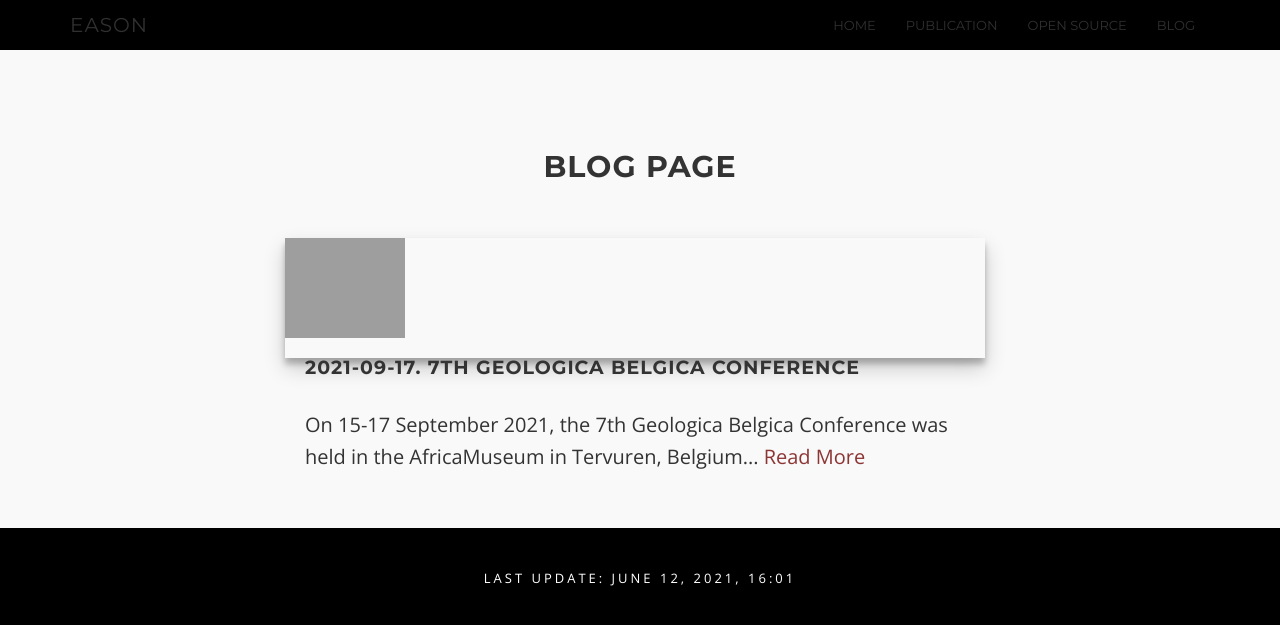
Repository: eazzzon/eazzzon.github.io
Page: blog.html
These files come from the project's save history. The page is drawn as it stood at one moment and after the next save; the edit follows.
The browser window is 1280 px wide. The pictures show the whole page.
Pictures or frames that could not be fetched are drawn as grey boxes.

Above is the page before, as saved 2021-09-18 00:06:49.

### blog.html
<!DOCTYPE html>
<html lang="en">
<head>
<meta charset="utf-8">
<meta http-equiv="X-UA-Compatible" content="IE=edge">
<meta name="viewport" content="width=device-width, initial-scale=1">
<meta name="description" content="">
<meta name="author" content="">
<title>yishen.zhang</title>
<!-- Bootstrap Core CSS -->
<link href="css/bootstrap.min.css" rel="stylesheet">
<!-- Custom CSS -->
<link href="css/theme.css" rel="stylesheet">
<!-- Custom Fonts -->
<link href="font-awesome/css/font-awesome.min.css" rel="stylesheet" type="text/css">
<link href="http://fonts.googleapis.com/css?family=Open+Sans:300,400,700,400italic,700italic" rel="stylesheet" type="text/css">
<link href="http://fonts.googleapis.com/css?family=Montserrat:400,700" rel="stylesheet" type="text/css">
<!-- HTML5 Shim and Respond.js IE8 support of HTML5 elements and media queries -->
<!-- WARNING: Respond.js doesn't work if you view the page via file:// -->
<!--[if lt IE 9]>
        <script src="https://oss.maxcdn.com/libs/html5shiv/3.7.0/html5shiv.js"></script>
        <script src="https://oss.maxcdn.com/libs/respond.js/1.4.2/respond.min.js"></script>
    <![endif]-->
</head>
<body id="page-top" data-spy="scroll" data-target=".navbar-fixed-top">
<!-- Navigation -->
<nav class="navbar navbar-custom navbar-fixed-top" role="navigation">
<div class="container">
	<div class="navbar-header">
		<button type="button" class="navbar-toggle" data-toggle="collapse" data-target=".navbar-main-collapse">
		<i class="fa fa-bars"></i>
		</button>
		<a class="navbar-brand page-scroll" href="index.html" style="color: #303030;">
		EASON </a>
	</div>
	<!-- Collect the nav links, forms, and other content for toggling -->
	<div class="collapse navbar-collapse navbar-right navbar-main-collapse">
		<ul class="nav navbar-nav" style="color: #303030;">
			<li>
			<a href="index.html">Home</a>
			</li>
			<li>
			<a href="publication.html">publication</a>
			</li>
			<li>
			<a href="opensource.html">open source</a>
			</li>
			<li>
			<a href="blog.html">blog</a>
			</li>
		</ul>
	</div>
	<!-- /.navbar-collapse -->
</div>
<!-- /.container -->
</nav>

<!-- Page Sample Section -->
<section id="page-sample">


<div class="container content-section text-left">
	<div class='container'>
		<div class="row">
			<h2 class="text-center">BLOG PAGE</h2>
			<div class="col-lg-8 col-lg-offset-2">
				<div class="post-box">
					<img class="box-img" src="https://geologicabelgica2021.africamuseum.be/sites/default/files/media/images/Logo%20Geologica%20Belgica.png" alt="lower crust foundering" />
					<div class="box-text">
						<a  href="post20210917.html">
							<h4 class="box-text">2021-09-17. 7th Geologica Belgica Conference </h4>
						</a>
						<p class="p">On 15-17 September 2021, the 7th Geologica Belgica Conference was held in the AfricaMuseum in Tervuren, Belgium... <a href="post20210917.html" style="color:rgb(141, 53, 53);">Read More</a></p>
					</div>
				</div>
				</div>

			</div>
		</div>
	</div>
</div>
</section>




<!-- Footer -->
<footer>
<div class="container text-center">
	<p class="credits">
		last update: June 12, 2021, 16:01
	</p>
</div>
</footer>
<!-- jQuery -->
<script src="js/jquery.js"></script>
<!-- Bootstrap Core JavaScript -->
<script src="js/bootstrap.min.js"></script>
<!-- Plugin JavaScript -->
<script src="js/jquery.easing.min.js"></script>
<!-- Custom Theme JavaScript -->
<script src="js/theme.js"></script>
</body>
</html>

### css/theme.css
/* Aries v1.0 - by WowThemes.net */
body {
	width:100%;
	height:100%;
	font-family:Open Sans,"Helvetica Neue",Helvetica,Arial,sans-serif;
	color:#fff;
	background-color:#000;
	 font-weight:300;
}
html {
	width:100%;
	height:100%;
}
h1,h2,h3,h4,h5,h6 {
	margin:0 0 35px;
	text-transform:uppercase;
	font-family:Montserrat,"Helvetica Neue",Helvetica,Arial,sans-serif;
	font-weight:700;
	letter-spacing:1px;
}
p {
	margin:0 0 25px;
	font-size:18px;
	line-height:1.5;
}
@media(min-width:768px) {
	p {
		margin:0 0 35px;
		font-size:20px;
		line-height:1.6;
	}
}
a {
	color:inherit;
	-webkit-transition:all .2s ease-in-out;
	-moz-transition:all .2s ease-in-out;
	transition:all .2s ease-in-out;
}
a:hover,a:focus {
	text-decoration:none;
	color:inherit;
}
.light {
	font-weight:400;
}
.navbar-custom {
	margin-bottom:0;
	border-bottom:1px solid rgba(255,255,255,.3);
	text-transform:uppercase;
	font-family:Montserrat,"Helvetica Neue",Helvetica,Arial,sans-serif;
	background-color:#000;
}
.navbar-custom .navbar-brand {
	font-size:20px;
	text-transform:none;
	letter-spacing:1px;
}
.navbar-custom .navbar-brand:focus {
	outline:0;
}
.navbar-custom .navbar-brand .navbar-toggle {
	padding:4px 6px;
	font-size:16px;
	color:#fff;
}
.navbar-custom .navbar-brand .navbar-toggle:focus,.navbar-custom .navbar-brand .navbar-toggle:active {
	outline:0;
}
.navbar-custom a {
}
.navbar-custom .nav li a {
	-webkit-transition:background .3s ease-in-out;
	-moz-transition:background .3s ease-in-out;
	transition:background .3s ease-in-out;
}
.navbar-custom .nav li a:hover {
	outline:0;
	color:#1ba39c;
	background-color:transparent;
}
.navbar-custom .nav li a:focus,.navbar-custom .nav li a:active {
	outline:0;
	background-color:transparent;
}
.navbar-custom .nav li.active {
	outline:0;
}
.navbar-custom .nav li.active a {
	color:#1ba39c;
}
.navbar-custom .nav li.active a:hover {
	color:#1ba39c;
}
@media(min-width:768px) {
	.navbar-custom {
		padding:20px 0;
		border-bottom:0;
		font-size:13px;
		background:0 0;
		-webkit-transition:background .5s ease-in-out,padding .5s ease-in-out;
		-moz-transition:background .5s ease-in-out,padding .5s ease-in-out;
		transition:background .5s ease-in-out,padding .5s ease-in-out;
	}
		 .navbar-custom.top-nav-collapse {
		 padding:0;
		border-bottom:1px solid rgba(255,255,255,.3);
		color:#333;
			background:#fff;
	}
	.navbar-custom.top-nav-collapse a {
		color:#333;
		display:inline-block;
	}
}
.intro {
	display:table;
	width:100%;
	height:auto;
	padding:100px 0 100px 0;
	text-align:center;
	color:#fff;
	background-image:radial-gradient(circle at 50% 50%,rgba(95, 94, 94, 0.46),rgba(56, 56, 56, 0.88)), url('labelled.png');
	-webkit-background-size:cover;
	-moz-background-size:cover;
	background-size:cover;
	-o-background-size:cover;
}
.intro .intro-body {
	display:table-cell;
	vertical-align:middle;
}
.intro .intro-body .brand-heading {
	font-size:40px;
}
.intro .intro-body .intro-text {
	font-size:18px;
}
@media(min-width:768px) {
	.intro {
		height:100%;
		padding:0;
	}
	.intro .intro-body .brand-heading {
		font-size:60px;
		margin-top:90px;
		margin-bottom:20px;
		border-top:2px solid #fff;
		border-bottom:2px solid #fff;
		display:inline-block;
		padding:10px 0;
	}
	.intro .intro-body .intro-text {
		font-size:20px;
			font-weight:300;
			letter-spacing:3px;
	}
}
.btn-circle {
	width:50px;
	height:50px;
	margin-top:15px;
	line-height:40px;
	text-align:center;
	border:2px solid #fff;
	border-radius:100%!important;
	font-size:20px;
	color:#fff;
	background:0 0;
	-webkit-transition:background .3s ease-in-out;
	-moz-transition:background .3s ease-in-out;
	transition:background .3s ease-in-out;
}
.btn-circle:hover,.btn-circle:focus {
	outline:0;
	color:#fff;
	background:rgba(255,255,255,.1);
}
.btn-circle i.animated {
	-webkit-transition-property:-webkit-transform;
	-webkit-transition-duration:1s;
	-moz-transition-property:-moz-transform;
	-moz-transition-duration:1s;
}
.btn-circle:hover i.animated {
	-webkit-animation-name:pulse;
	-moz-animation-name:pulse;
	-webkit-animation-duration:1.5s;
	-moz-animation-duration:1.5s;
	-webkit-animation-iteration-count:infinite;
	-moz-animation-iteration-count:infinite;
	-webkit-animation-timing-function:linear;
	-moz-animation-timing-function:linear;
}
@-webkit-keyframes pulse {
	0% {
		-webkit-transform:scale(1);
		transform:scale(1);
	}
	50% {
		-webkit-transform:scale(1.2);
		transform:scale(1.2);
	}
	100% {
		-webkit-transform:scale(1);
		transform:scale(1);
	}
}
@-moz-keyframes pulse {
	0% {
		-moz-transform:scale(1);
		transform:scale(1);
	}
	50% {
		-moz-transform:scale(1.2);
		transform:scale(1.2);
	}
	100% {
		-moz-transform:scale(1);
		transform:scale(1);
	}
}
.content-section {
	padding:40px 0;
	clear:both;
}
@media(min-width:767px) {
	.content-section {
		padding:150px 0;
			 clear:both;
	}
}
.btn {
	border-radius:0;
	text-transform:uppercase;
	font-family:Montserrat,"Helvetica Neue",Helvetica,Arial,sans-serif;
	font-weight:400;
	-webkit-transition:all .3s ease-in-out;
	-moz-transition:all .3s ease-in-out;
	transition:all .3s ease-in-out;
}
.btn-default {
	border:1px solid #42dca3;
	color:#42dca3;
	background-color:transparent;
}
.btn-default:hover,.btn-default:focus {
	border:1px solid #42dca3;
	outline:0;
	color:#000;
	background-color:#42dca3;
}
ul.banner-social-buttons {
	margin-top:0;
}
@media(max-width:1199px) {
	ul.banner-social-buttons {
		margin-top:15px;
	}
}
@media(max-width:767px) {
	ul.banner-social-buttons li {
		display:block;
		margin-bottom:20px;
		padding:0;
	}
	ul.banner-social-buttons li:last-child {
		margin-bottom:0;
	}
}
footer {
	padding:40px 0;
	z-index:1;
	position:relative;
	clear:both;
}
footer p {
	margin:0;
	font-size:15px;
}
footer p.credits {
	text-transform:uppercase;
	font-size:13px;
	letter-spacing:3px;
}
::-moz-selection {
	text-shadow:none;
	background:#fcfcfc;
	background:rgba(255,255,255,.2);
}
::selection {
	text-shadow:none;
	background:#fcfcfc;
	background:rgba(255,255,255,.2);
}
img::selection {
	background:0 0;
}
img::-moz-selection {
	background:0 0;
}
body {
	webkit-tap-highlight-color:rgba(255,255,255,.2);
}
.bgblue {
	background:#22292c;
}
.inlineblock {
	display:inline-block;
}
p:last-child {
	margin-bottom:0;
}
p.lead {
	line-height:1.9;
}
.btnghost {
	border:2px solid #333;
	background-color:transparent;
	padding:15px 20px;
	letter-spacing:3px;
	font-size:12px;
	text-transform:uppercase;
	font-weight:400;
	color:#333;
	margin-top:20px;
	display:inline-block;
}
.btnghost:hover {
	background-color:#333;
	color:#fff;
	border:2px solid #333;
}
.bgcover {
	background-size:cover;
	background-repeat:no-repeat;
	position:relative;
}
img {
	max-width:100%;
}
.gallery ul {
	padding:0;
	margin:0;
}
.gallery img {
	max-width:100%;
	height:auto;
	padding:0;
	margin:0;
}
.gallery ul li {
	margin:0;
	position:relative;
	list-style:none;
	float:left;
	padding:0;
}
.gallery ul li a {
	display:block;
	position:relative;
	width:100%;
	height:100%;
	margin:0;
	padding:0;
	line-height:0;
}
.gallery ul li a:before {
	position:absolute;
	width:32px;
	height:32px;
	top:40%;
	left:50%;
	margin:-14px 0 0 -16px;
	/* background: url(data:[embedded picture, 2228 characters]) no-repeat; */
	content:"";
	opacity:0;
	z-index:1;
	-webkit-transition:all 0.3s linear;
	-moz-transition:all 0.3s linear;
	transition:all 0.3s linear;
}
.gallery ul li a:hover:before {
	top:50%;
	opacity:1;
}
.gallery ul li a:after {
	position:absolute;
	width:100%;
	top:0;
	bottom:0;
	background:rgba(0,0,0,0.3);
	content:"";
	opacity:0;
	-webkit-transition:all 0.3s linear;
	-moz-transition:all 0.3s linear;
	transition:all 0.3s linear;
}
.gallery ul li a:hover:after {
	opacity:1;
}
section:after {
	float:none;
	clear:both;
}
section {
	background-color:#f9f9f9;
	color:#333;
	overflow:hidden;
}
.done {
	display:none;
}
.error input,input.error,.error textarea,textarea.error {
	background-color:#ffffff;
	border-bottom:2px solid orangered !Important;
	-webkit-transition:border linear 0.2s,box-shadow linear 0.2s;
	-moz-transition:border linear 0.2s,box-shadow linear 0.2s;
	-o-transition:border linear 0.2s,box-shadow linear 0.2s;
	transition:border linear 0.2s,box-shadow linear 0.2s;
}

/* post-box style */
.post-box {
	width: 700px;
	height: 120px;
	margin: 20px;
	box-shadow: 0 10px 20px rgba(0, 0, 0, 0.19), 0 6px 6px rgba(0, 0, 0, 0.23);
  }

  .box-img {
	width: 120px;
	height: 100px;
	padding: 0px;
	margin: 0px;
  }

  .box-text {
	font-size: 19px;
	padding: 10px;
  }

  .p {
	padding: 0px;
	margin: 0px;
	position: relative;
	bottom: 15px;
	left: 10px;
  }

  .p2 {
	padding: 0px;
	margin: 0px;
	font-size: 15px;
	position: relative;
	left: 25px;
  }

### js/theme.js
// jQuery to collapse the navbar on scroll
$(window).scroll(function() {
    if ($(".navbar").offset().top > 50) {
        $(".navbar-fixed-top").addClass("top-nav-collapse");
    } else {
        $(".navbar-fixed-top").removeClass("top-nav-collapse");
    }
});

// jQuery for page scrolling feature - requires jQuery Easing plugin
$(function() {
    $('a.page-scroll').bind('click', function(event) {
        var $anchor = $(this);
        $('html, body').stop().animate({
            scrollTop: $($anchor.attr('href')).offset().top
        }, 1500, 'easeInOutExpo');
        event.preventDefault();
    });
});

// Closes the Responsive Menu on Menu Item Click
$('.navbar-collapse ul li a').click(function() {
    $('.navbar-toggle:visible').click();
});

Loaded but not shown: css/bootstrap.min.css (library); font-awesome/css/font-awesome.min.css (library); js/jquery.js (library); js/bootstrap.min.js (library); js/jquery.easing.min.js (library)

After the next save:
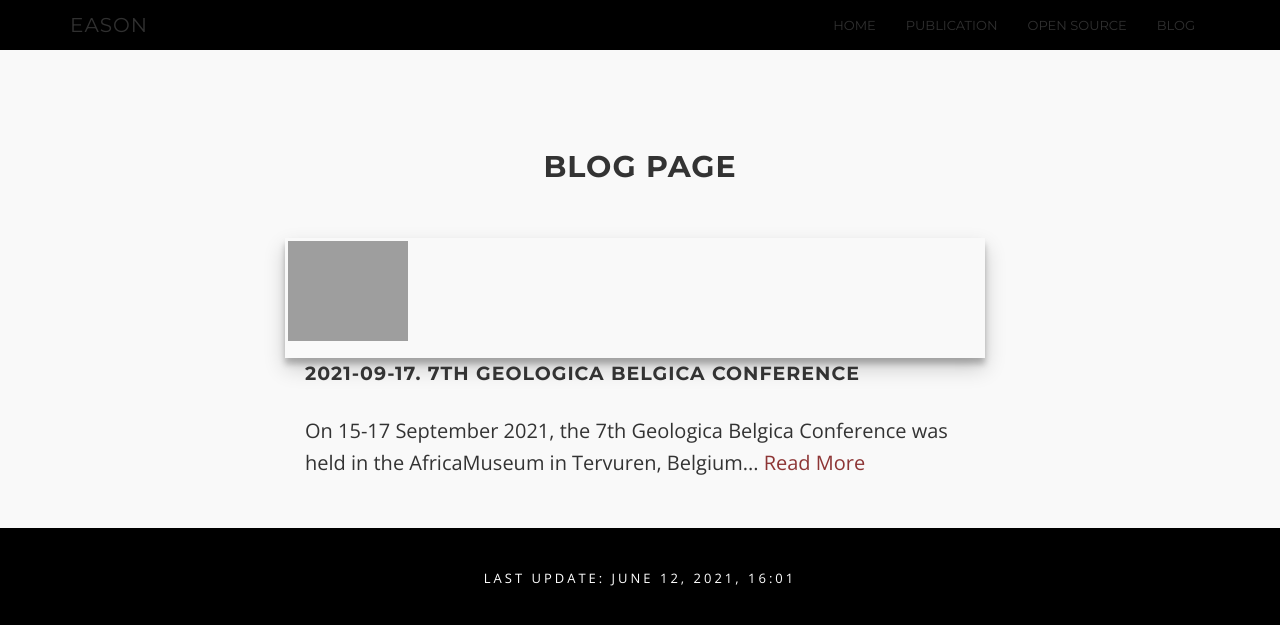
Saved 13 h 6 min later.
--- a/css/theme.css
+++ b/css/theme.css
@@ -431,7 +431,7 @@ section {
 	width: 120px;
 	height: 100px;
 	padding: 0px;
-	margin: 0px;
+	margin: 3px;
   }
 
   .box-text {
